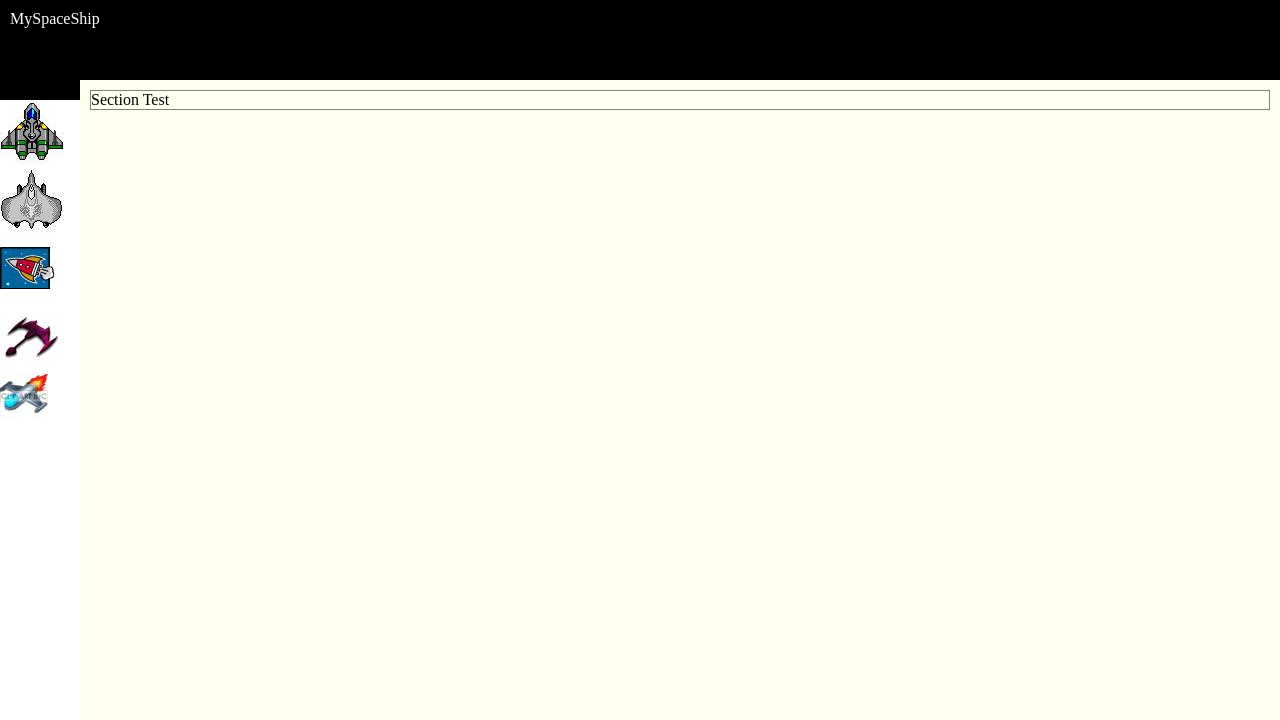
Repository: eudesf/MySpaceShip
Page: MySpaceShip/WebContent/index.html
These files come from the project's save history. The page is drawn as it stood at one moment and after the next save; the edit follows.
The browser window is 1280 px wide. The pictures show the whole page.

Above is the page before, as saved 2012-03-15 20:27:39.

After the next save:
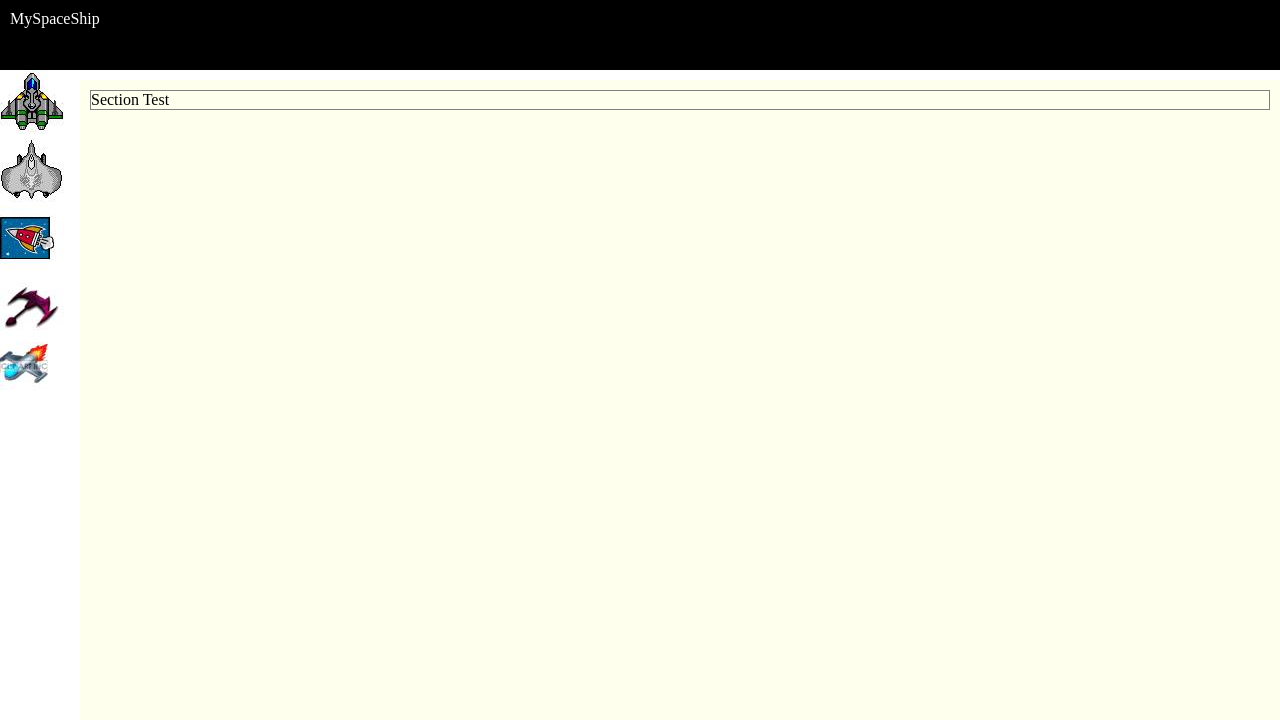
Saved 6 s later.
--- a/MySpaceShip/WebContent/index.html
+++ b/MySpaceShip/WebContent/index.html
@@ -10,7 +10,7 @@
 				background: #000;
 				color: #fff;
 				padding: 10px;
-				height: 80px
+				height: 50px
 			}
 
 			nav {
